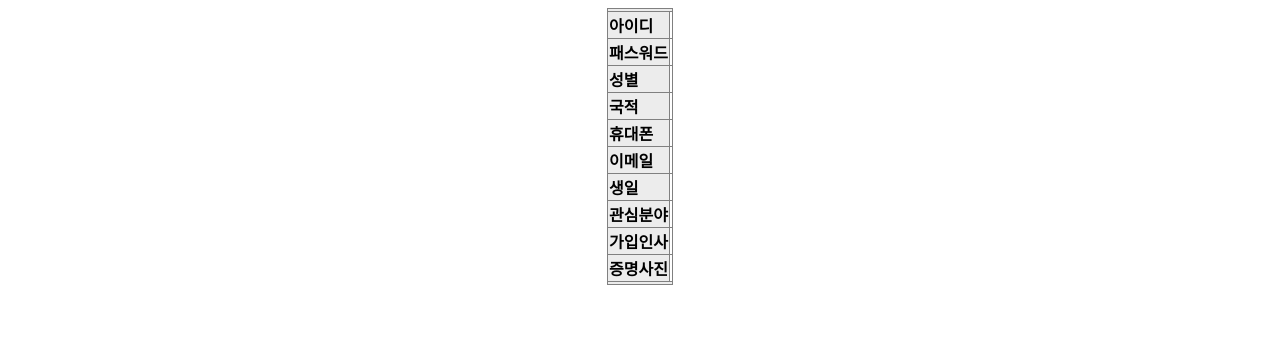
Repository: gyungmean/2020_2_webProgramming
Page: week2/week2/WebContent/Practice02/Practice02.html
The author's editor kept a copy of each file at every save. The page is drawn from the files as they stood at one save, then again after the next save.
The browser window is 1280 px wide. The pictures show the whole page.

Above is the page before, as saved 2020-09-14 06:59:12.

After the next save:
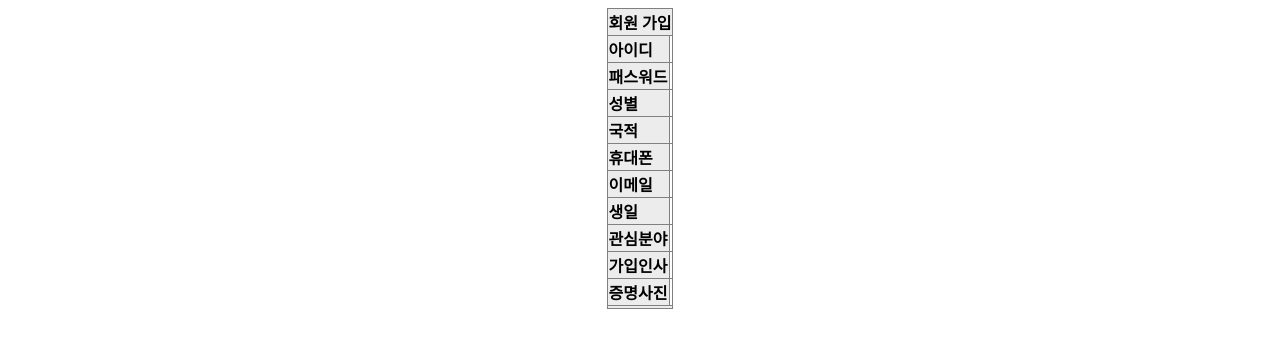
Saved 14 s later.
--- a/week2/week2/WebContent/Practice02/Practice02.html
+++ b/week2/week2/WebContent/Practice02/Practice02.html
@@ -17,7 +17,7 @@
 		<div align="center">
 		<table border="1px">
 			<tr>
-				<td colspan="2" class= title></td>
+				<td colspan="2" class= title>회원 가입</td>
 			</tr>
 			<tr>
 				<td class= title>아이디</td>
